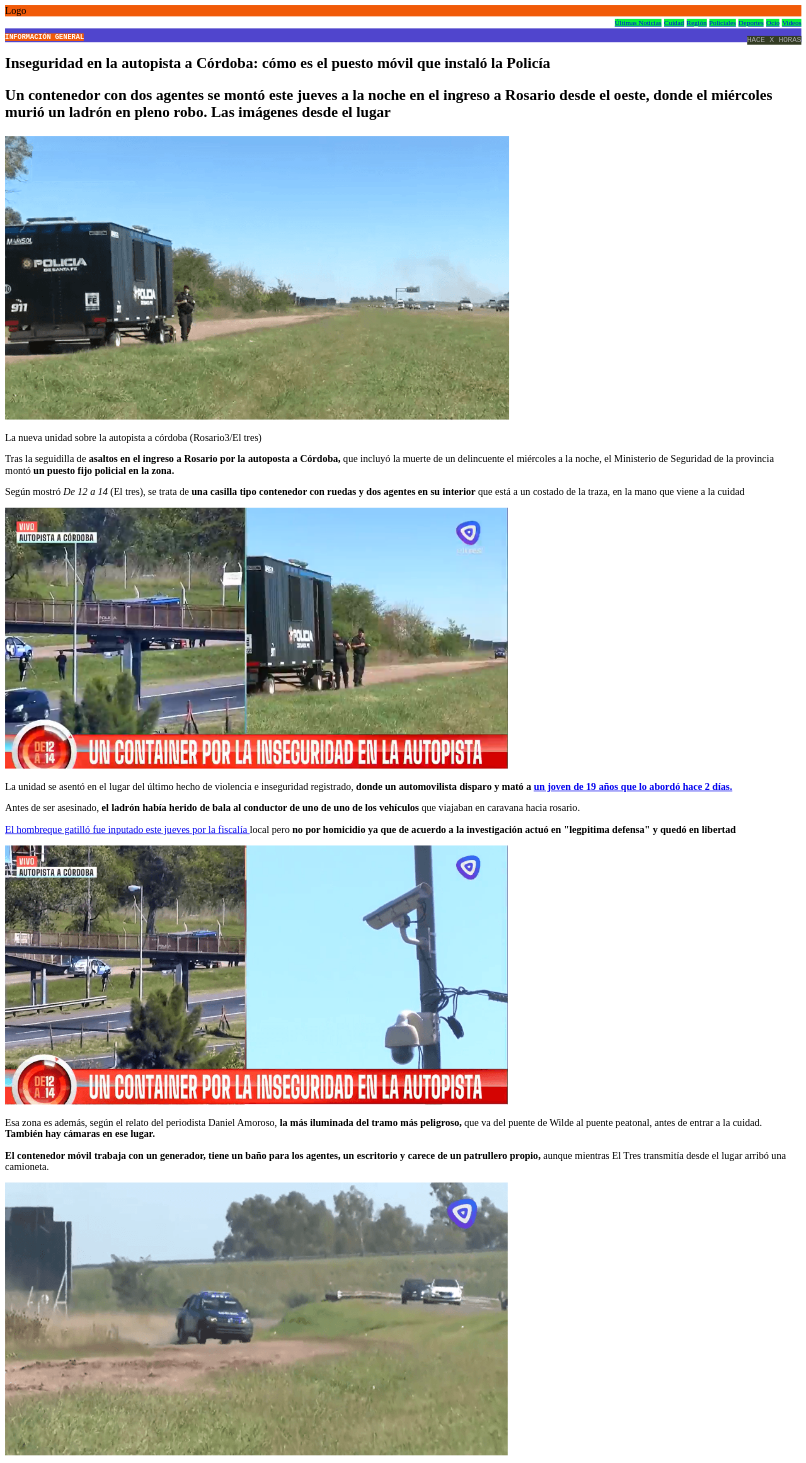
Repository: Larrowo/LPPA
Page: Clase 2/index.html
The author's editor kept a copy of each file at every save. The page is drawn from the files as they stood at one save, then again after the next save.
The browser window is 1280 px wide. The pictures show the whole page, at 63% of full size.

Above is the page before, as saved 2022-04-19 13:55:17.

### Clase 2/index.html
<!DOCTYPE html>
<html lang="en">
<head>
    <meta charset="UTF-8">
    <meta http-equiv="X-UA-Compatible" content="IE=edge">
    <meta name="viewport" content="width=device-width, initial-scale=1.0">
    <title>Noticia LPPA</title>
    <link rel="stylesheet" href="style.css">
</head>
<body>
    <header>
        <div class="logo">Logo</div>
        <div class="headerContent">
            <a class="linkHeader" href="https://www.rosario3.com/seccion/ultimas-noticias/">Últimas Noticias</a>
            <a class="linkHeader" href="https://www.rosario3.com/seccion/ciudad/">Cuidad</a>
            <a class="linkHeader" href="https://www.rosario3.com/seccion/region/">Región</a>
            <a class="linkHeader" href="https://www.rosario3.com/seccion/policiales/">Policiales</a>
            <a class="linkHeader" href="https://www.rosario3.com/seccion/deportes/">Deportes</a>
            <a class="linkHeader" href="https://www.rosario3.com/seccion/ocio/">Ocio</a>
            <a class="linkHeader" href="https://www.rosario3.com/seccion/videos/">Videos</a>
        </div>
    </header>
    <main class="conteiner">
        <article class="articulo">
            <div class="notaMainPart">
                <div class="notaTopPart">
                    <div class="volanta">
                        <h3 class="claseNoticia">
                            <a class="linkClaseNoticia" href="https://www.rosario3.com/seccion/informacion-general" style="text-decoration:none">Información General</a>
                        </h3>
                        <p class="fecha-nota"><time>Hace x Horas</time></p>

                    </div>
                    <h1>
                        Inseguridad en la autopista a Córdoba: cómo es el puesto móvil que instaló la Policía
                    </h1>
                    <h2>
                        <p>
                            Un contenedor con dos agentes se montó este jueves a la noche en el ingreso a Rosario desde el oeste, donde el miércoles murió un ladrón en pleno robo. Las imágenes desde el lugar
                        </p>
                    </h2>
                    <div class="fotoPrincipal">
                        <img src="/Clase 2/photos/fotoPrincipal.png" alt="">

                    </div>
                    <div class="descripcionFoto">
                        <p>La nueva unidad sobre la autopista a córdoba (Rosario3/El tres)</p>
                    </div>
                </div>
                <div class="cuerpoNota">
                    <p>Tras la seguidilla de <strong> asaltos en el ingreso a Rosario por la autoposta a Córdoba,</strong> que incluyó la muerte de un delincuente el miércoles a la noche, el Ministerio de Seguridad de la provincia montó <strong>un puesto fijo policial en la zona.</strong></p>
                    <p>Según mostró <em>De 12 a 14</em> (El tres), se trata de <strong>una casilla tipo contenedor con ruedas y dos agentes en su interior</strong> que está a un costado de la traza, en la mano que viene a la cuidad</p>
                    <div class="segundaImagen">
                        <img src="/Clase 2/photos/segundaImagen.png" alt="">
                    </div>
                    <p>La unidad se asentó en el lugar del último hecho de violencia e inseguridad registrado, <strong>donde un automovilista disparo y mató a <a href="https://www.rosario3.com/policiales/Quien-era-y-que-se-sabe-del-crimen-del-ladron-en-la-autopista-Rosario-Cordoba-20220414-0011.html" target="_blank"> un joven de 19 años que lo abordó hace 2 días.</a></strong></p>
                    <p>Antes de ser asesinado, <strong>el ladrón había herido de bala al conductor de uno de uno de los vehículos </strong>que viajaban en caravana hacia rosario.</p>
                    <p><a href="https://www.rosario3.com/policiales/Ladron-muerto-en-la-autopista-imputaron-al-automovilista-pero-bajo-legitima-defensa-20220414-0082.html" target="_blank">El hombreque gatilló fue inputado este jueves por la fiscalía </a>local pero <strong>no por homicidio ya que de acuerdo a la investigación actuó en "legpitima defensa" y quedó en libertad</strong></p>
                    <div class="terceraImagen">
                        <img src="/Clase 2/photos/terceraImagen.png" alt="">
                    </div>
                    <p>Esa zona es además, según el relato del periodista Daniel Amoroso, <strong>la más iluminada del tramo más peligroso,</strong> que va del puente de Wilde al puente peatonal, antes de entrar a la cuidad. <Strong>También hay cámaras en ese lugar.</Strong></p>
                    <p><strong>El contenedor móvil trabaja con un generador, tiene un baño para los agentes, un escritorio y carece de un patrullero propio,</strong> aunque mientras El Tres transmitía desde el lugar arribó una camioneta.</p>
                    <div class="cuartaImagen">
                        <img src="/Clase 2/photos/cuartaImagen.png" alt="">
                    </div>
                </div>
            </div>
        </article>
    </main>
</body>
</html>

### Clase 2/style.css
.fecha-nota{
   font-family: "Space Mono", monospace;
   color: #adadad;
   text-transform: uppercase;
   font-size: 12px;
   position: absolute;
   top: 0;
   right: 0;
   background-color: #333c23
}

.linkClaseNoticia{
    position: relative;
    color: #ffffff;
    background-color: #f15a08;
    text-transform: uppercase;
    font-size:11px;
    font-family: "Space Mono", monospace;
}

.volanta{
    position: relative;
    background-color: #5045cd;
}

.headerContent{
    float: right;
}

.logo{
    background-color: #f15a08
}

.linkHeader{
    font-size: 11px;
    background-color: #08f13a;
}

After the next save:
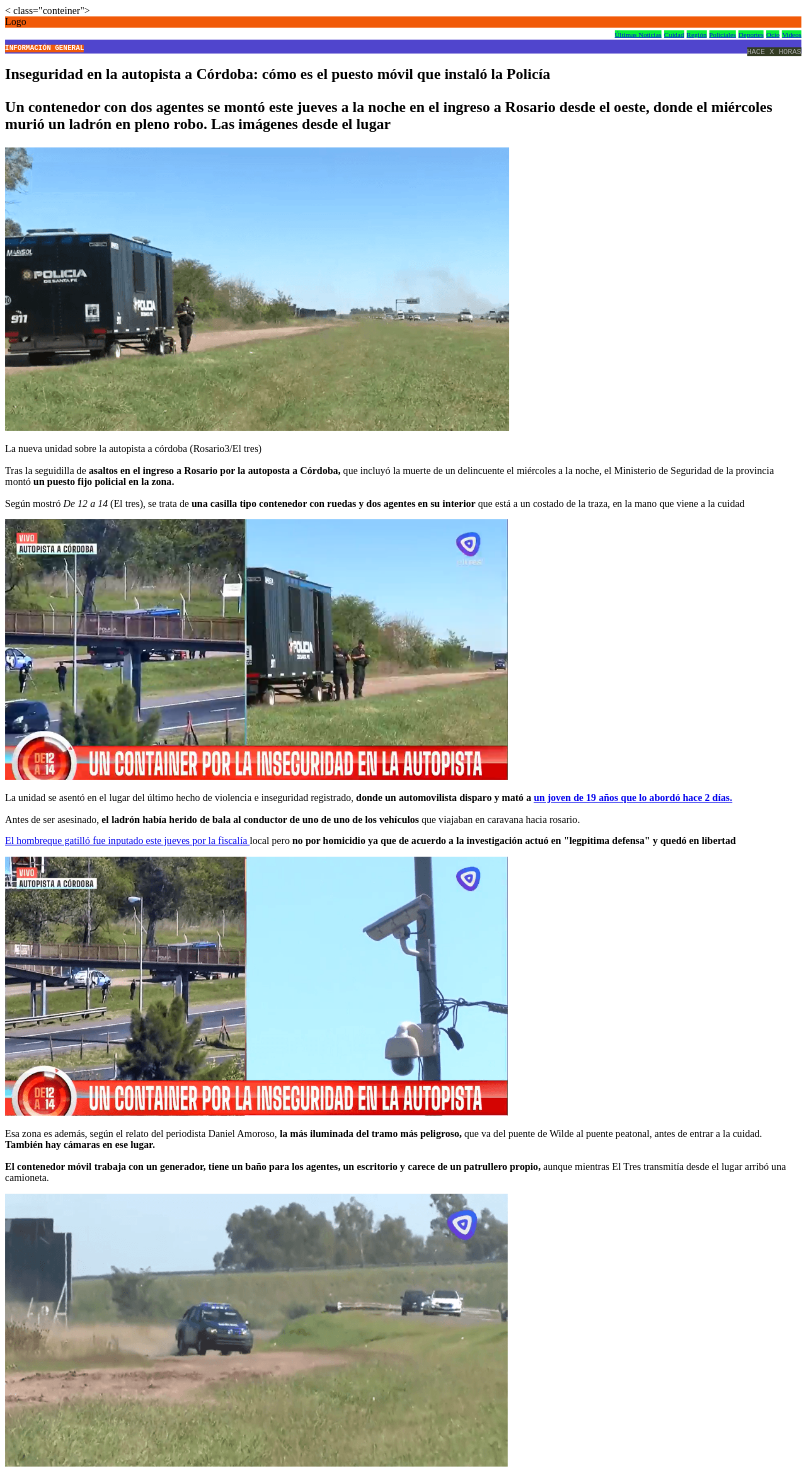
Saved 66 s later.
--- a/Clase 2/index.html
+++ b/Clase 2/index.html
@@ -9,7 +9,8 @@
 </head>
 <body>
     <header>
-        <div class="logo">Logo</div>
+< class="conteiner">
+<div class="logo">Logo</div>
         <div class="headerContent">
             <a class="linkHeader" href="https://www.rosario3.com/seccion/ultimas-noticias/">Últimas Noticias</a>
             <a class="linkHeader" href="https://www.rosario3.com/seccion/ciudad/">Cuidad</a>
@@ -19,6 +20,7 @@
             <a class="linkHeader" href="https://www.rosario3.com/seccion/ocio/">Ocio</a>
             <a class="linkHeader" href="https://www.rosario3.com/seccion/videos/">Videos</a>
         </div>
+    </div>
     </header>
     <main class="conteiner">
         <article class="articulo">

After the save that followed:
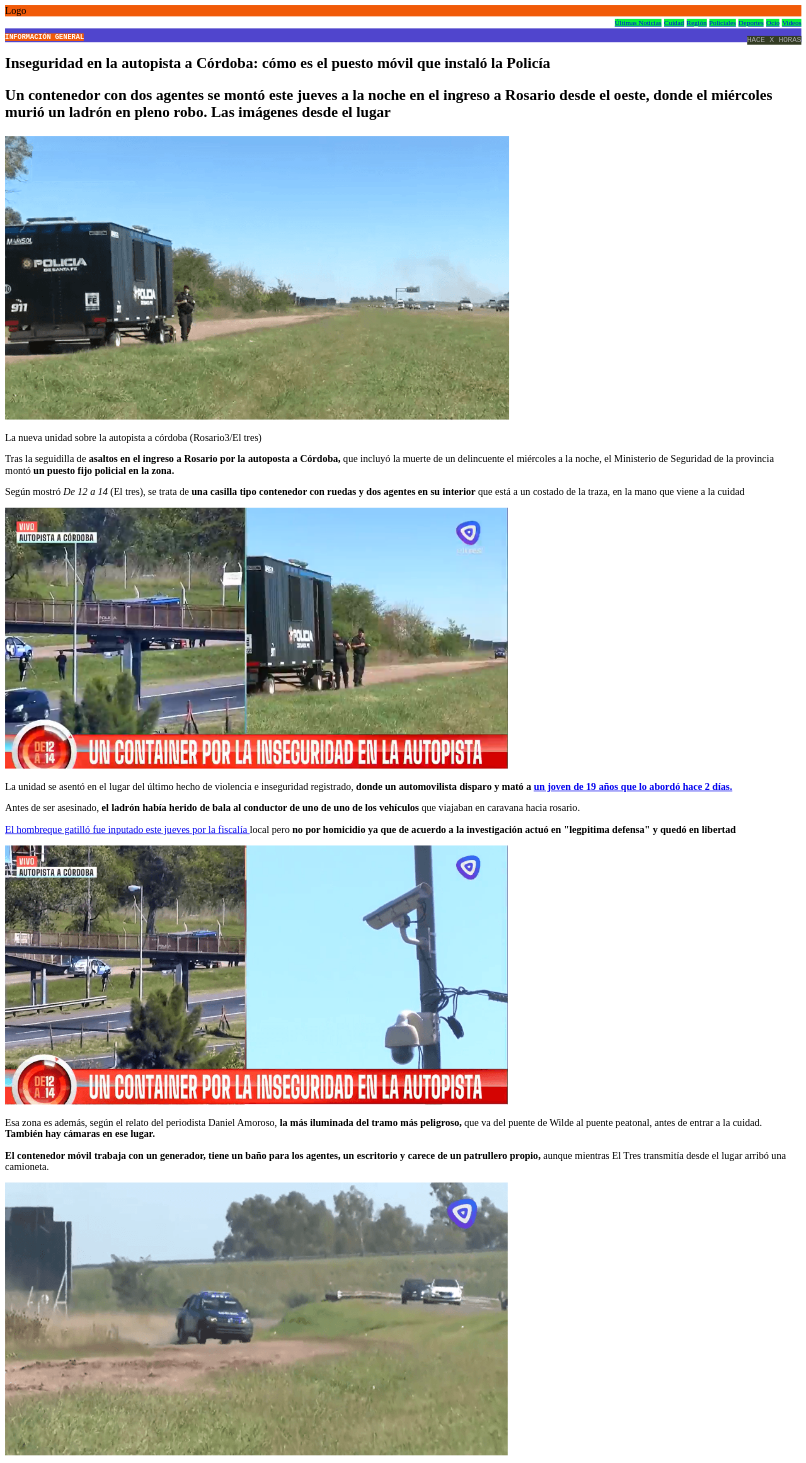
Saved 99 s later.
--- a/Clase 2/index.html
+++ b/Clase 2/index.html
@@ -9,9 +9,11 @@
 </head>
 <body>
     <header>
-< class="conteiner">
-<div class="logo">Logo</div>
-        <div class="headerContent">
+        <div class="headerContainer">
+            <div class="logo">Logo</div>
+
+            <div class="headerContent">
+
             <a class="linkHeader" href="https://www.rosario3.com/seccion/ultimas-noticias/">Últimas Noticias</a>
             <a class="linkHeader" href="https://www.rosario3.com/seccion/ciudad/">Cuidad</a>
             <a class="linkHeader" href="https://www.rosario3.com/seccion/region/">Región</a>
@@ -22,7 +24,7 @@
         </div>
     </div>
     </header>
-    <main class="conteiner">
+    <main class="container">
         <article class="articulo">
             <div class="notaMainPart">
                 <div class="notaTopPart">
